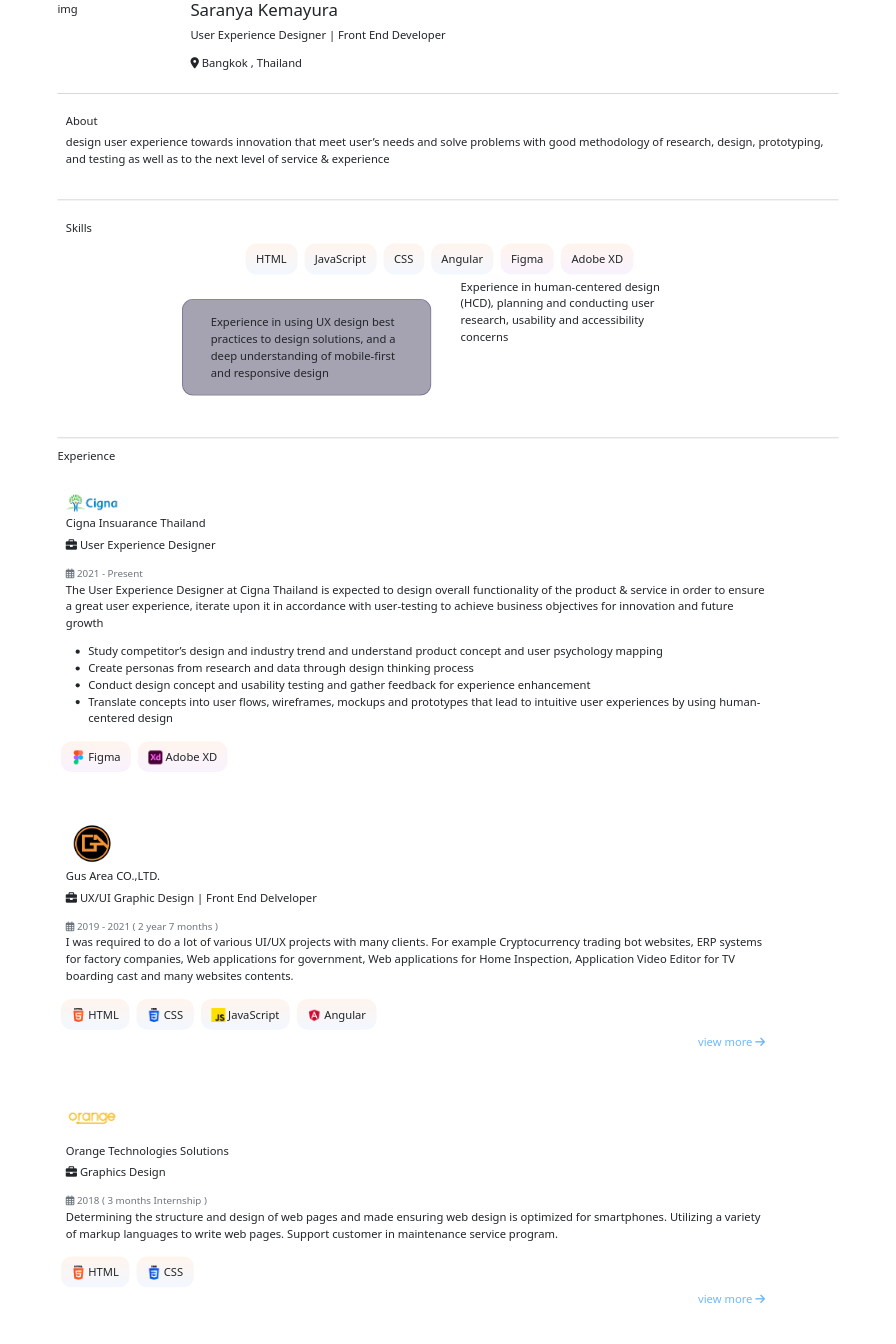
Repository: 0910th/portfolio
Page: index.html
An editor plug-in stored every save of this project. The page is shown before and after the next save, followed by the edit.
The browser window is 1280 px wide. The pictures show the part of the page from y = 0 to 1920 px (the page is 2665 px tall), at 70% of full size.

Above is the page before, as saved 2022-12-23 15:03:29.

After the next save:
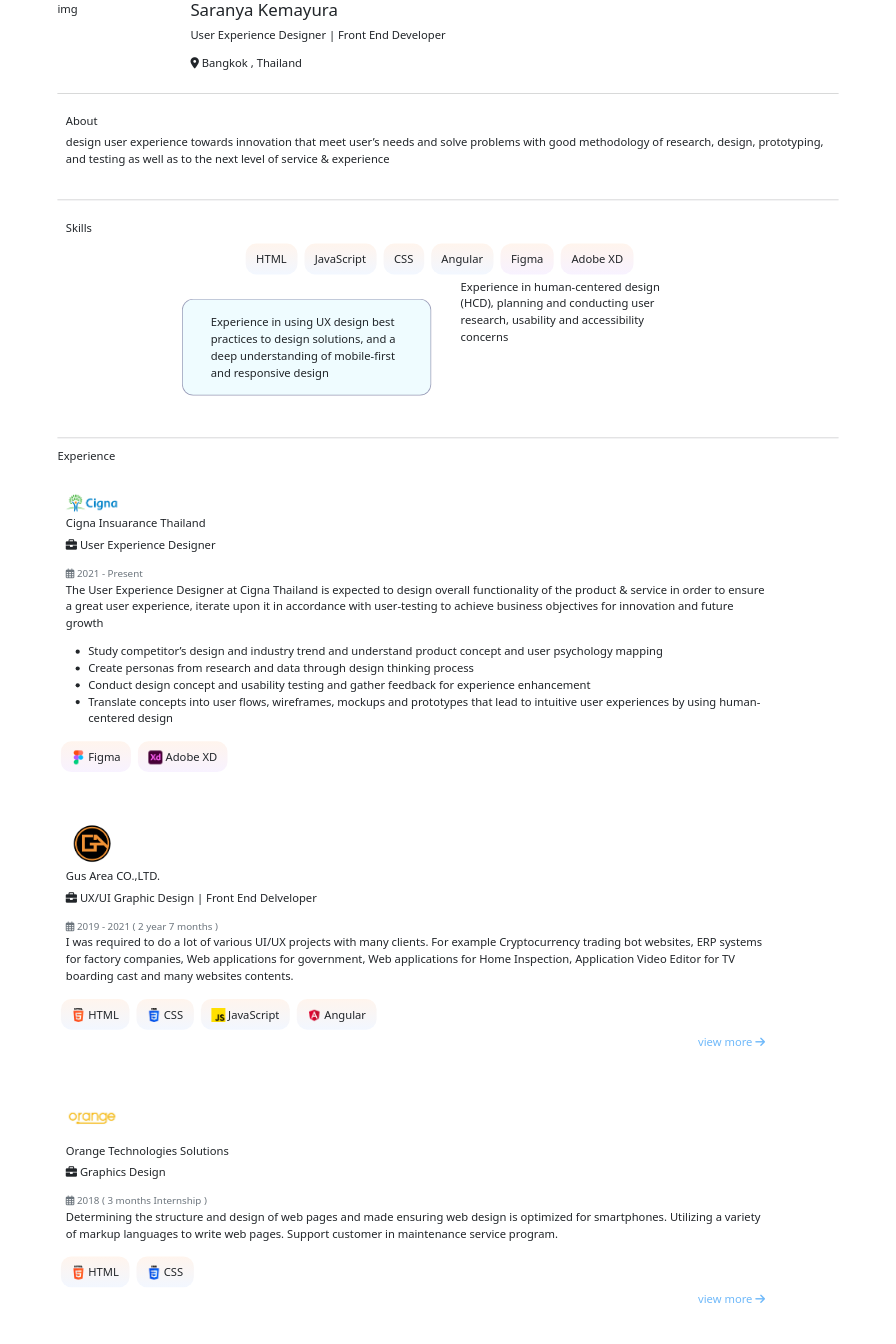
Saved 23 s later.
--- a/css/mystyle.css
+++ b/css/mystyle.css
@@ -24,7 +24,7 @@
 
 }
 .card-skills{
-    background: rgba(31,27,61,.4);
+    background: rgba(214, 248, 255, 0.4);
     border-radius: 16px;
     z-index: 0;
     border: 1px solid rgba(63,57,111,.5);
